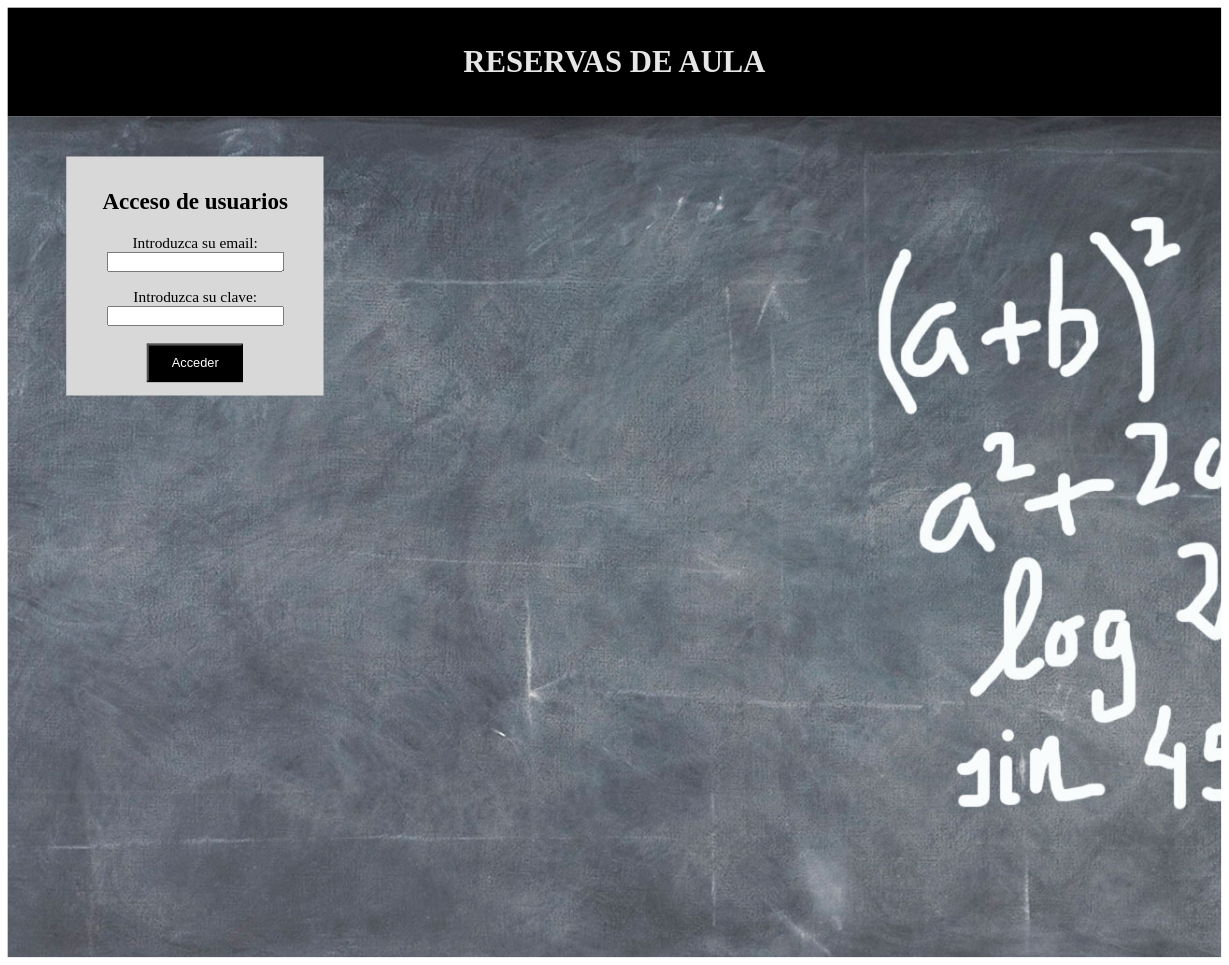
Repository: maguria/Reservas
Page: index.html
The author's editor kept a record of every edit. The page is drawn from the files as they stood at one moment, then again after the next edit.
The browser window is 1280 px wide. The pictures show the whole page, at 96% of full size.

Above is the page before.

After the next edit:
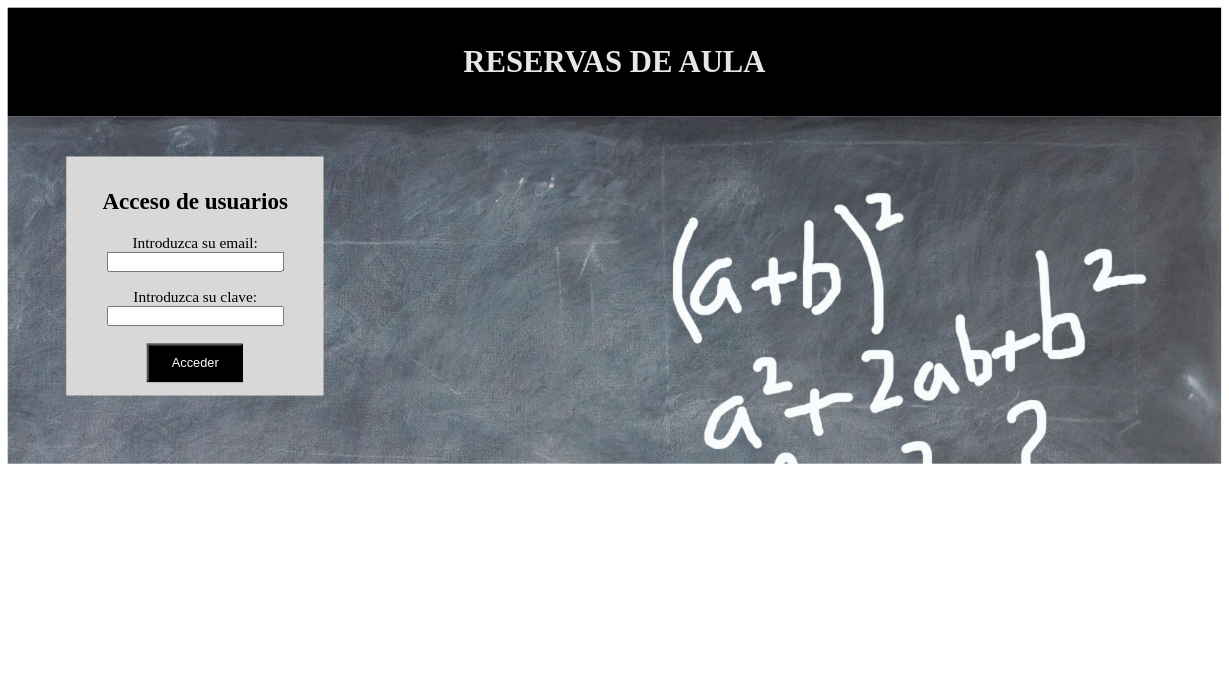
The edit:
--- a/css/main.css
+++ b/css/main.css
@@ -5,7 +5,6 @@
     align-items:stretch;
     background:url(../images/pizarra.jpg);
     padding:3%;
-    height:800px;
     background-size:cover;
 }
 .englobaitem{
